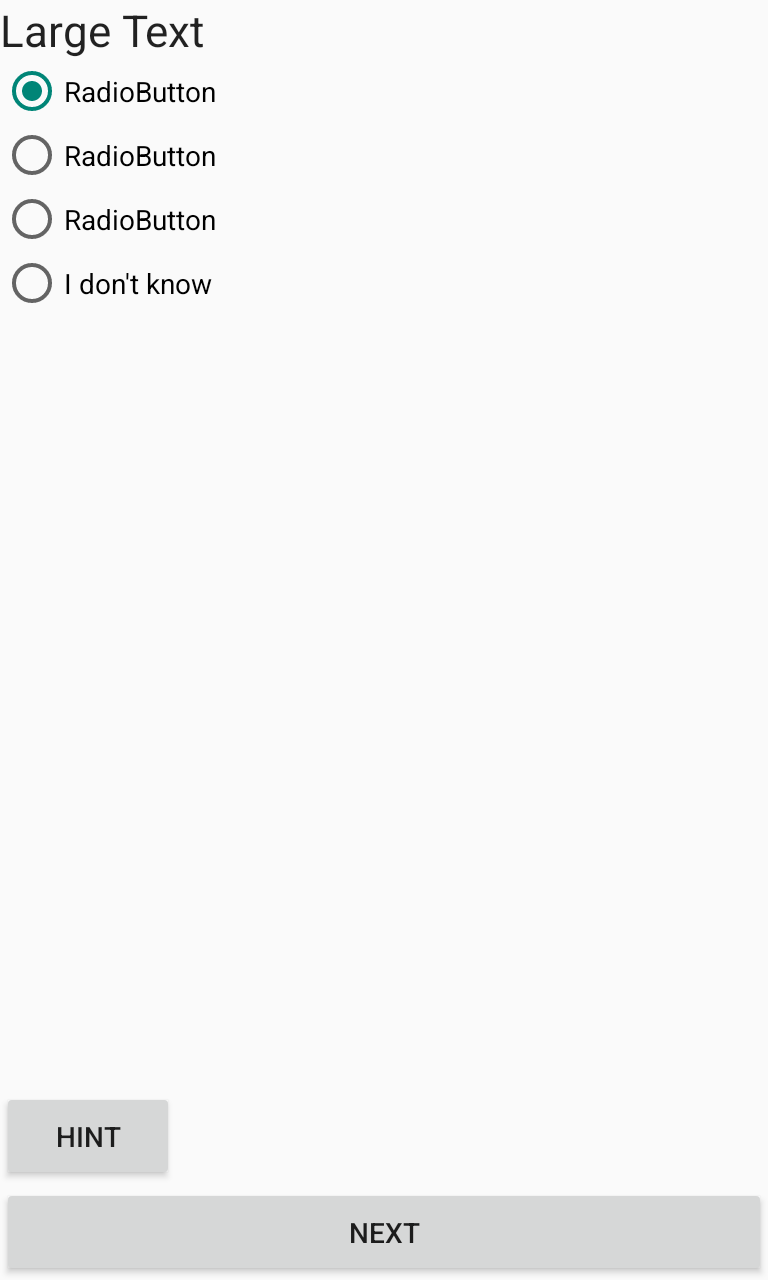
Repository: ICtest333/test_pjtQuiz
Layout: pjtQuiz/res/layout/activity_main.xml
The author's editor kept a copy of each file at every save. The layout is drawn from the files as they stood at one save, then again after the next save.
It is drawn on a 768 x 1280 px phone screen (xhdpi) without system bars, with theme AppTheme; the app's code is not run.

Above is the layout before, as saved 2014-05-20 06:10:03.

After the next save:
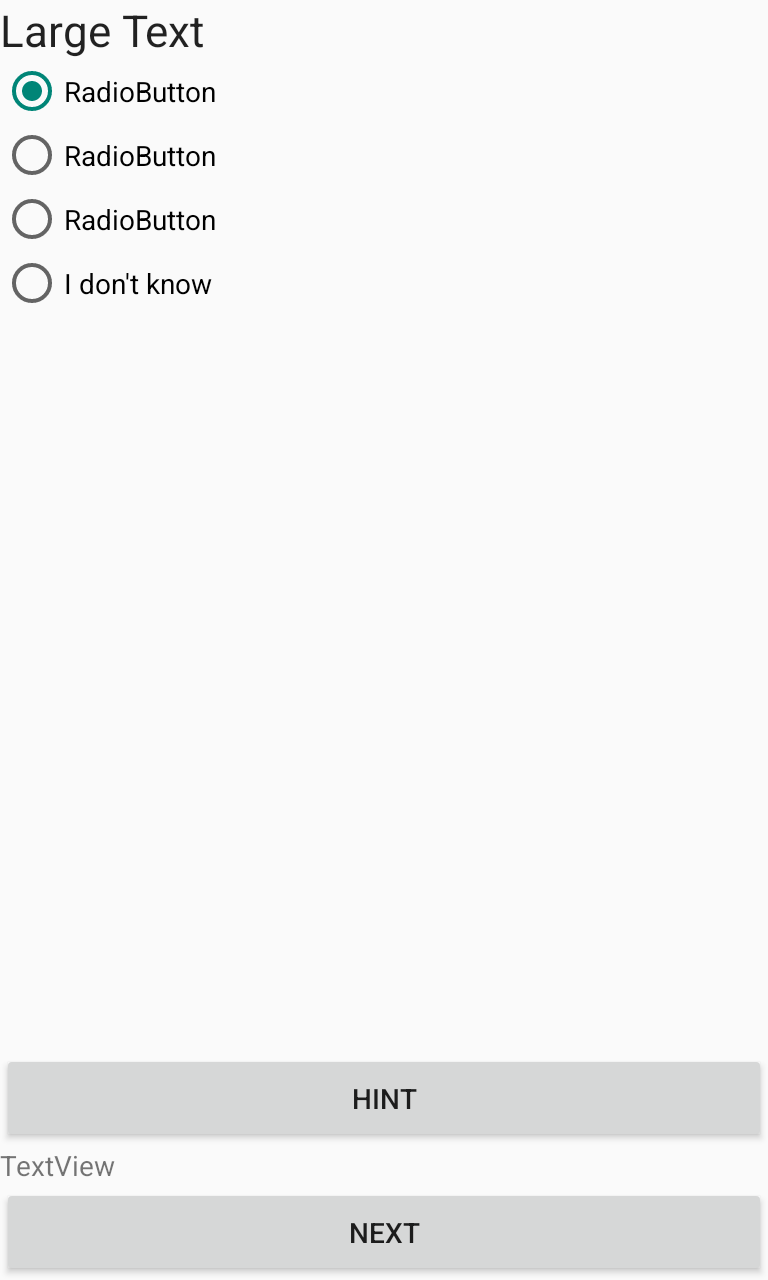
Saved 2 min 3 s later.
--- a/pjtQuiz/res/layout/activity_main.xml
+++ b/pjtQuiz/res/layout/activity_main.xml
@@ -52,9 +52,15 @@
 
         <Button
                 android:id="@+id/hint"
-                android:layout_width="wrap_content"
+                android:layout_width="match_parent"
                 android:layout_height="wrap_content"
                 android:text="@string/str_hint" />
+
+        <TextView
+            android:id="@+id/textView2"
+            android:layout_width="match_parent"
+            android:layout_height="wrap_content"
+            android:text="TextView" />
 
         <Button
                 android:id="@+id/next"
